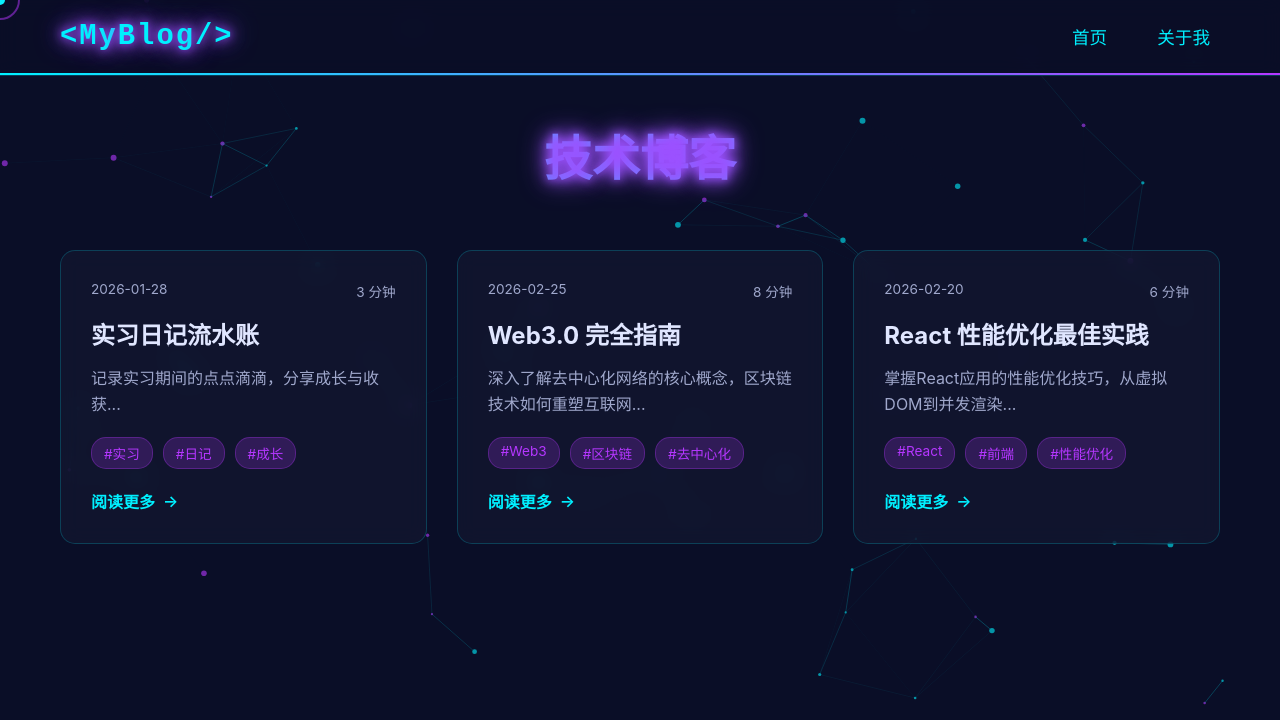
Repository: kyukiho/blog
Page: /
An editor plug-in stored every save of this project. The page is shown before and after the next save, followed by the edit.
The browser window is 1280 px wide. The pictures show the whole page.
The project was rebuilt for these pictures with package versions that can differ from the ones it lists, and the page was loaded fresh each time. Also part of the build but not shown: vite.config.js, src/components/BlogDetail.css, src/components/BlogDetail.jsx, src/components/About.css, src/components/About.jsx.

Above is the page before, as saved 2026-03-15 22:44:31.

### index.html
<!DOCTYPE html>
<html lang="zh-CN">
  <head>
    <meta charset="UTF-8" />
    <link rel="icon" type="image/svg+xml" href="/vite.svg" />
    <meta name="viewport" content="width=device-width, initial-scale=1.0" />
    <title>科技博客 - Tech Blog</title>
  </head>
  <body>
    <div id="root"></div>
    <script type="module" src="/src/main.jsx"></script>
  </body>
</html>

### src/App.jsx
import React, { useState, useEffect } from 'react'
import { BrowserRouter as Router, Routes, Route } from 'react-router-dom'
import { motion } from 'framer-motion'
import Header from './components/Header'
import BlogList from './components/BlogList'
import BlogDetail from './components/BlogDetail'
import About from './components/About'
import ParticleBackground from './components/ParticleBackground'
import MouseFollower from './components/MouseFollower'
import './App.css'

function App() {
  return (
    <Router>
      <div className="app">
        <ParticleBackground />
        <MouseFollower />
        <Header />
        <motion.main
          initial={{ opacity: 0 }}
          animate={{ opacity: 1 }}
          transition={{ duration: 0.5 }}
          className="main-content"
        >
          <Routes>
            <Route path="/" element={<BlogList />} />
            <Route path="/blog/:id" element={<BlogDetail />} />
            <Route path="/about" element={<About />} />
          </Routes>
        </motion.main>
      </div>
    </Router>
  )
}

export default App

### src/index.css
* {
  margin: 0;
  padding: 0;
  box-sizing: border-box;
}

:root {
  --bg-primary: #0a0e27;
  --bg-secondary: #151932;
  --text-primary: #e0e6ff;
  --text-secondary: #a0a8cc;
  --accent-cyan: #00f0ff;
  --accent-purple: #b537ff;
  --accent-pink: #ff006e;
  --gradient-1: linear-gradient(135deg, #00f0ff 0%, #b537ff 100%);
  --gradient-2: linear-gradient(135deg, #b537ff 0%, #ff006e 100%);
}

body {
  font-family: -apple-system, BlinkMacSystemFont, 'Segoe UI', 'Roboto', 'Oxygen',
    'Ubuntu', 'Cantarell', 'Fira Sans', 'Droid Sans', 'Helvetica Neue',
    sans-serif;
  -webkit-font-smoothing: antialiased;
  -moz-osx-font-smoothing: grayscale;
  background-color: var(--bg-primary);
  color: var(--text-primary);
  overflow-x: hidden;
}

code {
  font-family: source-code-pro, Menlo, Monaco, Consolas, 'Courier New',
    monospace;
}

a {
  color: var(--accent-cyan);
  text-decoration: none;
  transition: color 0.3s ease;
}

a:hover {
  color: var(--accent-purple);
}

/* Scrollbar Styling */
::-webkit-scrollbar {
  width: 10px;
}

::-webkit-scrollbar-track {
  background: var(--bg-secondary);
}

::-webkit-scrollbar-thumb {
  background: var(--accent-purple);
  border-radius: 5px;
}

::-webkit-scrollbar-thumb:hover {
  background: var(--accent-cyan);
}

/* Selection */
::selection {
  background: var(--accent-purple);
  color: white;
}

/* Code Highlighting */
.hljs {
  background: var(--bg-secondary) !important;
  padding: 1.5rem !important;
  border-radius: 10px;
  overflow-x: auto;
}

### src/components/Header.jsx
import React from 'react'
import { Link } from 'react-router-dom'
import { motion } from 'framer-motion'
import './Header.css'

const Header = () => {
  return (
    <motion.header
      className="header"
      initial={{ y: -100 }}
      animate={{ y: 0 }}
      transition={{ duration: 0.5, type: 'spring' }}
    >
      <div className="header-content">
        <Link to="/" className="logo">
          <motion.span
            className="logo-text glow"
            whileHover={{ scale: 1.05 }}
            whileTap={{ scale: 0.95 }}
          >
            &lt;My<span className="logo-accent">Blog</span>/&gt;
          </motion.span>
        </Link>
        <nav className="nav">
          <motion.div
            whileHover={{ scale: 1.1 }}
            whileTap={{ scale: 0.9 }}
          >
            <Link to="/" className="nav-link">首页</Link>
          </motion.div>
          <motion.div
            whileHover={{ scale: 1.1 }}
            whileTap={{ scale: 0.9 }}
          >
            <Link to="/about" className="nav-link">关于我</Link>
          </motion.div>
        </nav>
      </div>
      <div className="header-line"></div>
    </motion.header>
  )
}

export default Header

### src/components/BlogList.jsx
import React, { useState, useEffect } from 'react'
import { Link } from 'react-router-dom'
import { motion } from 'framer-motion'
import './BlogList.css'

const BlogList = () => {
  const [blogs, setBlogs] = useState([])

  useEffect(() => {
    // 模拟加载博客列表
    const blogData = [
      {
        id: 'liushuizhang',
        title: '实习日记流水账',
        excerpt: '记录实习期间的点点滴滴，分享成长与收获...',
        date: '2026-01-28',
        tags: ['实习', '日记', '成长'],
        readTime: '3 分钟'
      },
      {
        id: 'web3-intro',
        title: 'Web3.0 完全指南',
        excerpt: '深入了解去中心化网络的核心概念，区块链技术如何重塑互联网...',
        date: '2026-02-25',
        tags: ['Web3', '区块链', '去中心化'],
        readTime: '8 分钟'
      },
      {
        id: 'react-performance',
        title: 'React 性能优化最佳实践',
        excerpt: '掌握React应用的性能优化技巧，从虚拟DOM到并发渲染...',
        date: '2026-02-20',
        tags: ['React', '前端', '性能优化'],
        readTime: '6 分钟'
      }
    ]
    setBlogs(blogData)
  }, [])

  const container = {
    hidden: { opacity: 0 },
    show: {
      opacity: 1,
      transition: {
        staggerChildren: 0.2
      }
    }
  }

  const item = {
    hidden: { opacity: 0, y: 20 },
    show: { opacity: 1, y: 0 }
  }

  return (
    <div className="blog-list">
      <motion.h1
        className="page-title glow"
        initial={{ opacity: 0, y: -50 }}
        animate={{ opacity: 1, y: 0 }}
        transition={{ duration: 0.8 }}
      >
        技术博客
      </motion.h1>
      <motion.div
        className="blog-grid"
        variants={container}
        initial="hidden"
        animate="show"
      >
        {blogs.map((blog) => (
          <motion.div
            key={blog.id}
            variants={item}
            whileHover={{ scale: 1.03 }}
            className="blog-card hover-lift"
          >
            <Link to={`/blog/${blog.id}`}>
              <div className="blog-card-header">
                <div className="blog-date">{blog.date}</div>
                <div className="blog-read-time">{blog.readTime}</div>
              </div>
              <h2 className="blog-title">{blog.title}</h2>
              <p className="blog-excerpt">{blog.excerpt}</p>
              <div className="blog-tags">
                {blog.tags.map((tag, index) => (
                  <span key={index} className="tag">#{tag}</span>
                ))}
              </div>
              <div className="read-more">
                阅读更多 <span className="arrow">→</span>
              </div>
            </Link>
          </motion.div>
        ))}
      </motion.div>
    </div>
  )
}

export default BlogList

### src/components/ParticleBackground.jsx
import React, { useEffect, useRef } from 'react'
import './ParticleBackground.css'

const ParticleBackground = () => {
  const canvasRef = useRef(null)

  useEffect(() => {
    const canvas = canvasRef.current
    const ctx = canvas.getContext('2d')
    let animationFrameId
    let particles = []

    // 设置画布大小
    const resizeCanvas = () => {
      canvas.width = window.innerWidth
      canvas.height = window.innerHeight
    }
    resizeCanvas()
    window.addEventListener('resize', resizeCanvas)

    // 粒子类
    class Particle {
      constructor() {
        this.x = Math.random() * canvas.width
        this.y = Math.random() * canvas.height
        this.size = Math.random() * 2 + 1
        this.speedX = Math.random() * 0.5 - 0.25
        this.speedY = Math.random() * 0.5 - 0.25
        this.color = Math.random() > 0.5 ? '#00f0ff' : '#b537ff'
      }

      update() {
        this.x += this.speedX
        this.y += this.speedY

        if (this.x > canvas.width) this.x = 0
        if (this.x < 0) this.x = canvas.width
        if (this.y > canvas.height) this.y = 0
        if (this.y < 0) this.y = canvas.height
      }

      draw() {
        ctx.fillStyle = this.color
        ctx.beginPath()
        ctx.arc(this.x, this.y, this.size, 0, Math.PI * 2)
        ctx.fill()
      }
    }

    // 初始化粒子
    const initParticles = () => {
      particles = []
      const particleCount = Math.floor((canvas.width * canvas.height) / 15000)
      for (let i = 0; i < particleCount; i++) {
        particles.push(new Particle())
      }
    }
    initParticles()

    // 连接粒子
    const connectParticles = () => {
      for (let i = 0; i < particles.length; i++) {
        for (let j = i + 1; j < particles.length; j++) {
          const dx = particles[i].x - particles[j].x
          const dy = particles[i].y - particles[j].y
          const distance = Math.sqrt(dx * dx + dy * dy)

          if (distance < 120) {
            ctx.strokeStyle = `rgba(0, 240, 255, ${1 - distance / 120})`
            ctx.lineWidth = 0.5
            ctx.beginPath()
            ctx.moveTo(particles[i].x, particles[i].y)
            ctx.lineTo(particles[j].x, particles[j].y)
            ctx.stroke()
          }
        }
      }
    }

    // 动画循环
    const animate = () => {
      ctx.clearRect(0, 0, canvas.width, canvas.height)

      particles.forEach(particle => {
        particle.update()
        particle.draw()
      })

      connectParticles()
      animationFrameId = requestAnimationFrame(animate)
    }
    animate()

    return () => {
      window.removeEventListener('resize', resizeCanvas)
      cancelAnimationFrame(animationFrameId)
    }
  }, [])

  return <canvas ref={canvasRef} className="particle-canvas" />
}

export default ParticleBackground

### src/components/MouseFollower.jsx
import React, { useEffect, useRef } from 'react'
import './MouseFollower.css'

const MouseFollower = () => {
  const followerRef = useRef(null)
  const cursorRef = useRef(null)
  const mousePos = useRef({ x: 0, y: 0 })
  const followerPos = useRef({ x: 0, y: 0 })

  useEffect(() => {
    const handleMouseMove = (e) => {
      mousePos.current = { x: e.clientX, y: e.clientY }

      if (cursorRef.current) {
        cursorRef.current.style.left = `${e.clientX}px`
        cursorRef.current.style.top = `${e.clientY}px`
      }
    }

    const animate = () => {
      // 平滑跟随效果
      followerPos.current.x += (mousePos.current.x - followerPos.current.x) * 0.1
      followerPos.current.y += (mousePos.current.y - followerPos.current.y) * 0.1

      if (followerRef.current) {
        followerRef.current.style.left = `${followerPos.current.x}px`
        followerRef.current.style.top = `${followerPos.current.y}px`
      }

      requestAnimationFrame(animate)
    }

    window.addEventListener('mousemove', handleMouseMove)
    animate()

    // 鼠标悬停在可点击元素上时的效果
    const handleMouseEnter = () => {
      if (followerRef.current) {
        followerRef.current.style.transform = 'translate(-50%, -50%) scale(1.5)'
      }
    }

    const handleMouseLeave = () => {
      if (followerRef.current) {
        followerRef.current.style.transform = 'translate(-50%, -50%) scale(1)'
      }
    }

    const clickableElements = document.querySelectorAll('a, button, .blog-card')
    clickableElements.forEach(el => {
      el.addEventListener('mouseenter', handleMouseEnter)
      el.addEventListener('mouseleave', handleMouseLeave)
    })

    return () => {
      window.removeEventListener('mousemove', handleMouseMove)
      clickableElements.forEach(el => {
        el.removeEventListener('mouseenter', handleMouseEnter)
        el.removeEventListener('mouseleave', handleMouseLeave)
      })
    }
  }, [])

  return (
    <>
      <div ref={cursorRef} className="mouse-cursor"></div>
      <div ref={followerRef} className="mouse-follower"></div>
    </>
  )
}

export default MouseFollower

### src/App.css
.app {
  min-height: 100vh;
  position: relative;
}

.main-content {
  position: relative;
  z-index: 10;
  max-width: 1200px;
  margin: 0 auto;
  padding: 100px 20px 50px;
}

/* Glowing effect */
.glow {
  animation: glow 2s ease-in-out infinite alternate;
}

@keyframes glow {
  from {
    text-shadow: 0 0 5px #00f0ff, 0 0 10px #00f0ff, 0 0 15px #00f0ff;
  }
  to {
    text-shadow: 0 0 10px #b537ff, 0 0 20px #b537ff, 0 0 30px #b537ff;
  }
}

/* Hover effects */
.hover-lift {
  transition: transform 0.3s ease, box-shadow 0.3s ease;
}

.hover-lift:hover {
  transform: translateY(-5px);
  box-shadow: 0 10px 30px rgba(181, 55, 255, 0.3);
}

### src/components/Header.css
.header {
  position: fixed;
  top: 0;
  left: 0;
  right: 0;
  z-index: 1000;
  background: rgba(10, 14, 39, 0.8);
  backdrop-filter: blur(10px);
  border-bottom: 1px solid rgba(0, 240, 255, 0.2);
}

.header-content {
  max-width: 1200px;
  margin: 0 auto;
  padding: 20px;
  display: flex;
  justify-content: space-between;
  align-items: center;
}

.logo-text {
  font-size: 1.8rem;
  font-weight: 700;
  font-family: 'Courier New', monospace;
  letter-spacing: 2px;
}

.logo-accent {
  color: var(--accent-cyan);
}

.nav {
  display: flex;
  gap: 30px;
}

.nav-link {
  font-size: 1.1rem;
  font-weight: 500;
  position: relative;
  padding: 5px 10px;
}

.nav-link::after {
  content: '';
  position: absolute;
  bottom: 0;
  left: 0;
  width: 0;
  height: 2px;
  background: var(--gradient-1);
  transition: width 0.3s ease;
}

.nav-link:hover::after {
  width: 100%;
}

.header-line {
  height: 2px;
  background: var(--gradient-1);
  width: 0;
  animation: expandLine 1s ease-out 0.5s forwards;
}

@keyframes expandLine {
  to {
    width: 100%;
  }
}

### src/components/BlogList.css
.blog-list {
  padding: 20px 0;
}

.page-title {
  font-size: 3rem;
  text-align: center;
  margin-bottom: 60px;
  background: var(--gradient-1);
  -webkit-background-clip: text;
  -webkit-text-fill-color: transparent;
  background-clip: text;
}

.blog-grid {
  display: grid;
  grid-template-columns: repeat(auto-fill, minmax(350px, 1fr));
  gap: 30px;
}

.blog-card {
  background: rgba(21, 25, 50, 0.6);
  border-radius: 15px;
  padding: 30px;
  border: 1px solid rgba(0, 240, 255, 0.2);
  backdrop-filter: blur(10px);
  cursor: pointer;
  position: relative;
  overflow: hidden;
}

.blog-card::before {
  content: '';
  position: absolute;
  top: 0;
  left: -100%;
  width: 100%;
  height: 100%;
  background: linear-gradient(90deg, transparent, rgba(0, 240, 255, 0.1), transparent);
  transition: left 0.5s;
}

.blog-card:hover::before {
  left: 100%;
}

.blog-card-header {
  display: flex;
  justify-content: space-between;
  margin-bottom: 15px;
  font-size: 0.85rem;
  color: var(--text-secondary);
}

.blog-title {
  font-size: 1.5rem;
  margin-bottom: 15px;
  color: var(--text-primary);
  transition: color 0.3s;
}

.blog-card:hover .blog-title {
  color: var(--accent-cyan);
}

.blog-excerpt {
  color: var(--text-secondary);
  line-height: 1.6;
  margin-bottom: 20px;
}

.blog-tags {
  display: flex;
  flex-wrap: wrap;
  gap: 10px;
  margin-bottom: 20px;
}

.tag {
  background: rgba(181, 55, 255, 0.2);
  color: var(--accent-purple);
  padding: 5px 12px;
  border-radius: 15px;
  font-size: 0.85rem;
  border: 1px solid rgba(181, 55, 255, 0.3);
}

.read-more {
  color: var(--accent-cyan);
  font-weight: 600;
  display: flex;
  align-items: center;
  gap: 8px;
}

.arrow {
  transition: transform 0.3s;
  display: inline-block;
}

.blog-card:hover .arrow {
  transform: translateX(5px);
}

### src/components/ParticleBackground.css
.particle-canvas {
  position: fixed;
  top: 0;
  left: 0;
  width: 100%;
  height: 100%;
  z-index: 1;
  pointer-events: none;
  opacity: 0.6;
}

### src/components/MouseFollower.css
.mouse-cursor {
  position: fixed;
  width: 10px;
  height: 10px;
  border-radius: 50%;
  background: var(--accent-cyan);
  pointer-events: none;
  z-index: 9999;
  transform: translate(-50%, -50%);
  mix-blend-mode: screen;
  transition: width 0.3s, height 0.3s;
}

.mouse-follower {
  position: fixed;
  width: 40px;
  height: 40px;
  border: 2px solid var(--accent-purple);
  border-radius: 50%;
  pointer-events: none;
  z-index: 9998;
  transform: translate(-50%, -50%);
  transition: transform 0.3s ease;
  opacity: 0.5;
}

/* 隐藏默认光标 */
body,
a,
button,
.blog-card {
  cursor: none !important;
}

Loaded but not shown: src/main.jsx (common file)

After the next save:
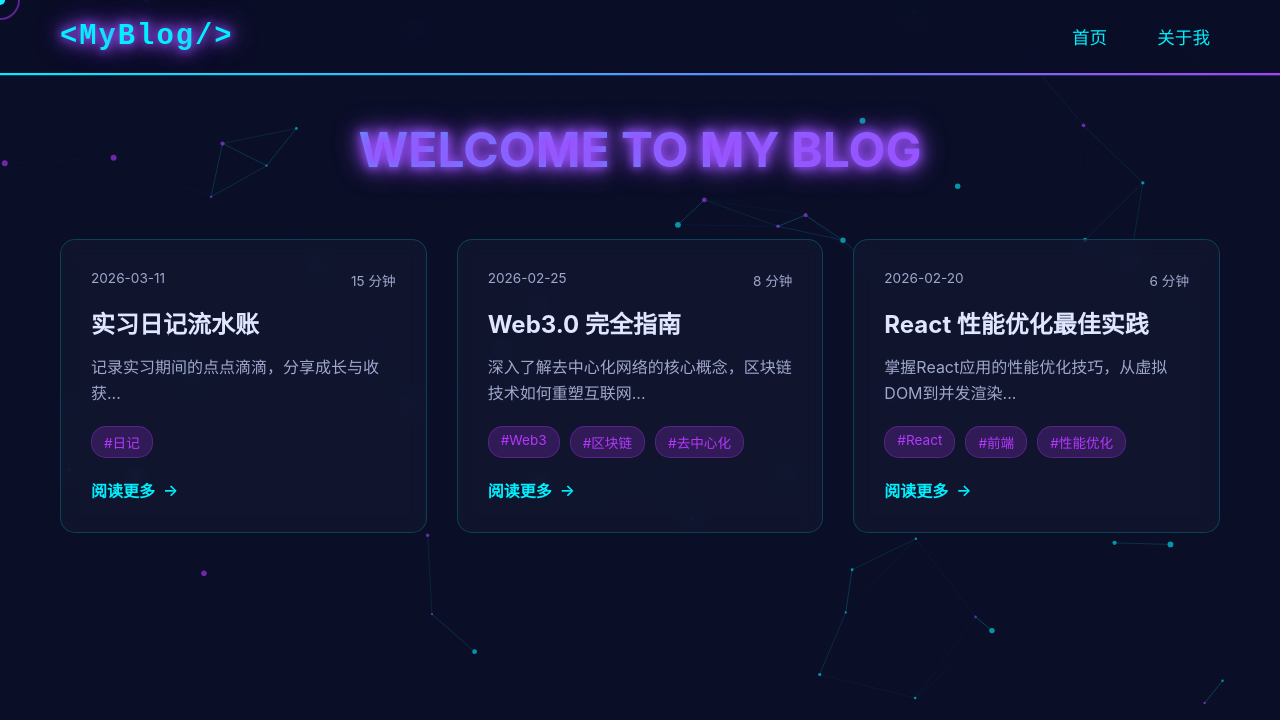
Saved 28 s later.
--- a/src/components/BlogList.jsx
+++ b/src/components/BlogList.jsx
@@ -13,9 +13,9 @@ const BlogList = () => {
         id: 'liushuizhang',
         title: '实习日记流水账',
         excerpt: '记录实习期间的点点滴滴，分享成长与收获...',
-        date: '2026-01-28',
-        tags: ['实习', '日记', '成长'],
-        readTime: '3 分钟'
+        date: '2026-03-11',
+        tags: ['日记'],
+        readTime: '15 分钟'
       },
       {
         id: 'web3-intro',
@@ -60,7 +60,7 @@ const BlogList = () => {
         animate={{ opacity: 1, y: 0 }}
         transition={{ duration: 0.8 }}
       >
-        技术博客
+        WELCOME TO MY BLOG
       </motion.h1>
       <motion.div
         className="blog-grid"
